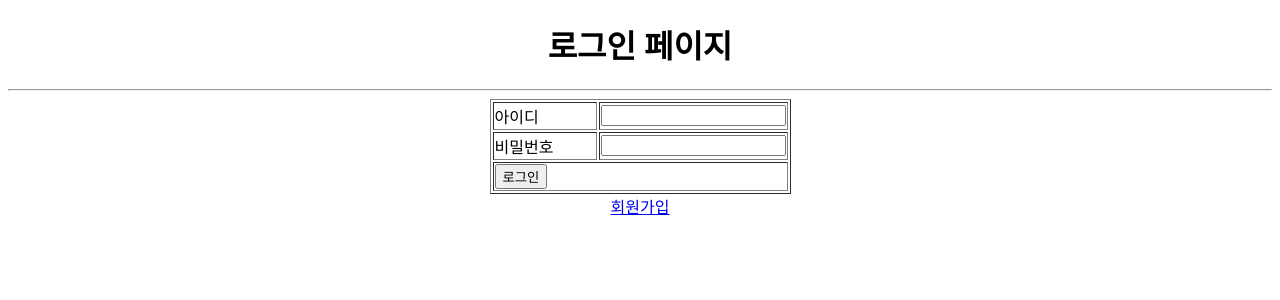
Repository: gunvv00/jsp
Page: http://localhost/DBtest/회원가입DB사용/Login.jsp
The author's editor kept a copy of each file at every save. The page is drawn from the files as they stood at one save, then again after the next save.
The browser window is 1280 px wide. The pictures show the whole page.
The page is served by Tomcat 9.

Above is the page before, as saved 2020-04-24 03:50:57.

### DBtest/WebContent/회원가입DB사용/Login.jsp
<%@ page language="java" contentType="text/html; charset=UTF-8"
    pageEncoding="UTF-8"%>
<%request.setCharacterEncoding("UTF-8"); %>

<%

String admin = "admin";
String adminPw = "1234";
session.setAttribute("admin", admin);
session.setAttribute("adminPw", adminPw);

%>
<!DOCTYPE html>
<html>
<head>
<meta charset="UTF-8">
<title>Insert title here</title>
</head>
<body>
<h1 align="center">로그인 페이지</h1>
<hr>

<div align="center">
<table border="1">
<form>
	<tr>
		<td width="100">아이디</td>
		<td width="100"><input type="text" name = "id"></td>
	</tr>
	<tr>
		<td>비밀번호</td>
		<td><input type="password" name = passWord></td>
	</tr>
	<tr>
		<td colspan="2"><input type="submit" value="로그인"></a></td>
	</tr>
</table>
<a href="JoinForm.jsp" type="submit">회원가입</a>
</div>

</body>
</html>

After the next save:
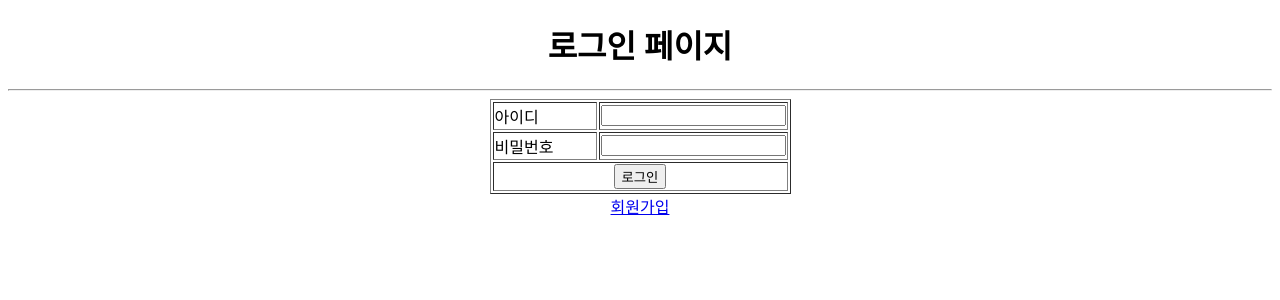
Saved 10 s later.
--- a/DBtest/WebContent/회원가입DB사용/Login.jsp
+++ b/DBtest/WebContent/회원가입DB사용/Login.jsp
@@ -32,7 +32,7 @@
 		<td><input type="password" name = passWord></td>
 	</tr>
 	<tr>
-		<td colspan="2"><input type="submit" value="로그인"></a></td>
+		<td colspan="2" align="center"><input type="submit" value="로그인"></a></td>
 	</tr>
 </table>
 <a href="JoinForm.jsp" type="submit">회원가입</a>
